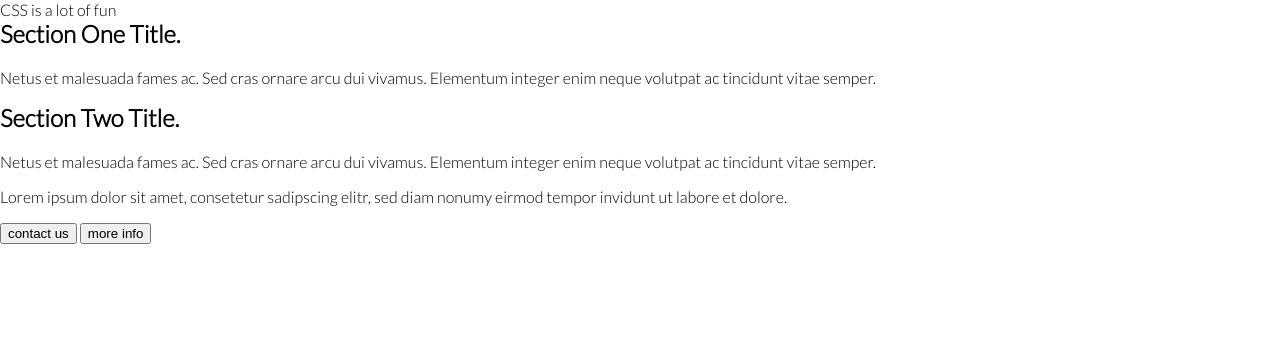
Repository: Doumham-Armah/sample-landing-page
Page: index.html
These files come from the project's save history. The page is drawn as it stood at one moment and after the next save; the edit follows.
The browser window is 1280 px wide. The pictures show the whole page.

Above is the page before, as saved 2021-08-16 12:29:20.

After the next save:
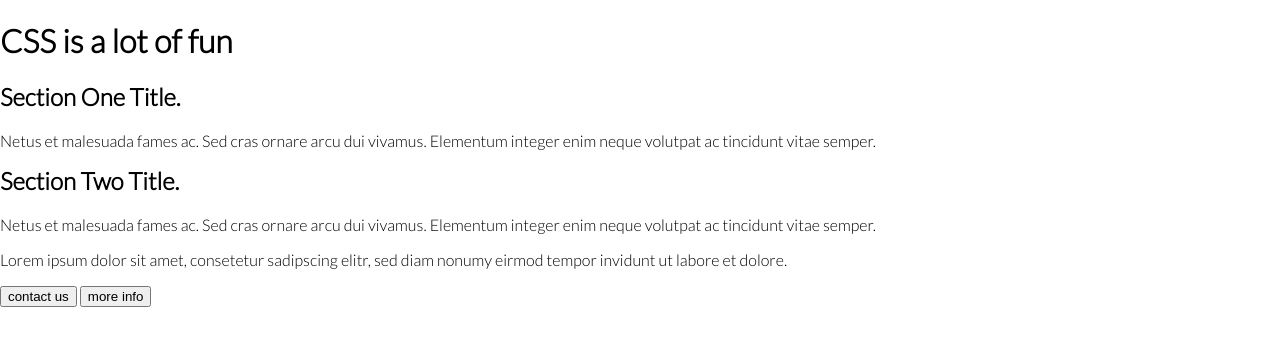
Saved 33 s later.
--- a/index.html
+++ b/index.html
@@ -15,7 +15,7 @@
   </head>
 
   <body>
-    <header>CSS is a lot of fun</header>
+    <header><h1>CSS is a lot of fun</h1></header>
 
     <section class="section one">
       <h2>Section One Title.</h2>
